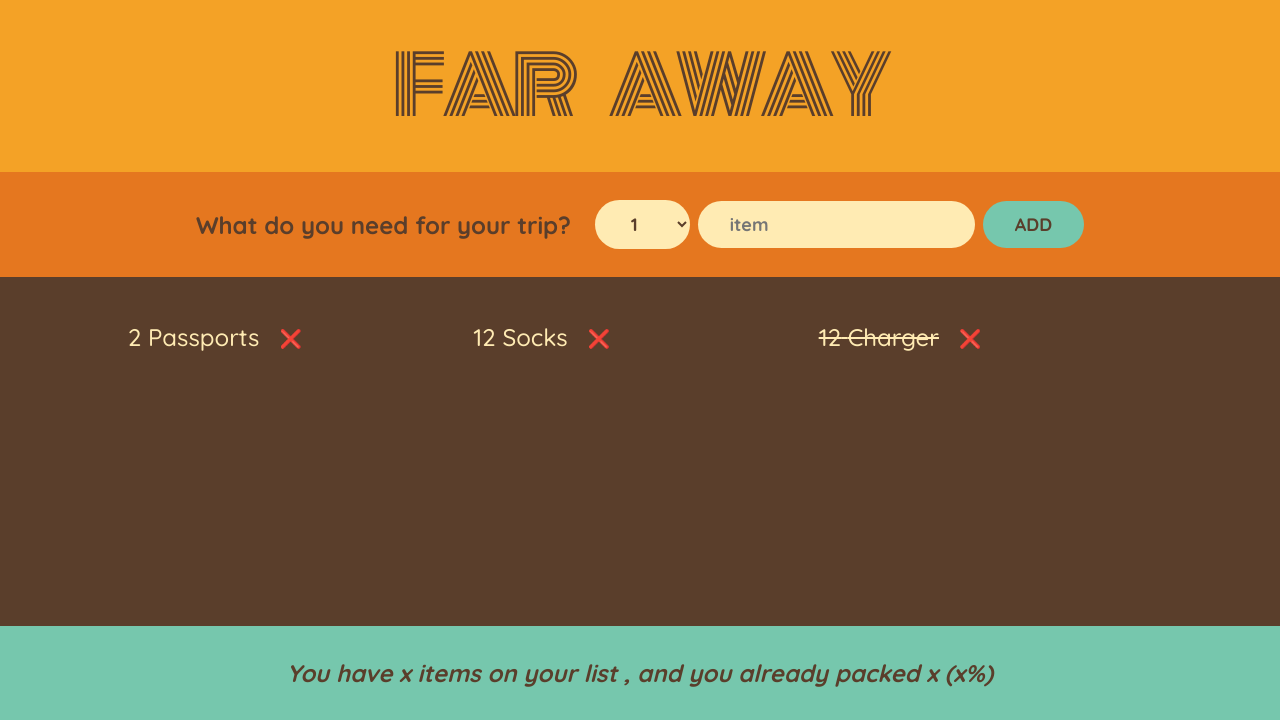
Repository: ahmedharidy/react-checklist
Page: /
The author's editor kept a copy of each file at every save. The page is drawn from the files as they stood at one save, then again after the next save.
The browser window is 1280 px wide. The pictures show the whole page.
The project was rebuilt for these pictures with package versions that can differ from the ones it lists, and the page was loaded fresh each time.

Above is the page before, as saved 2026-09-28 13:22:32.

After the next save:
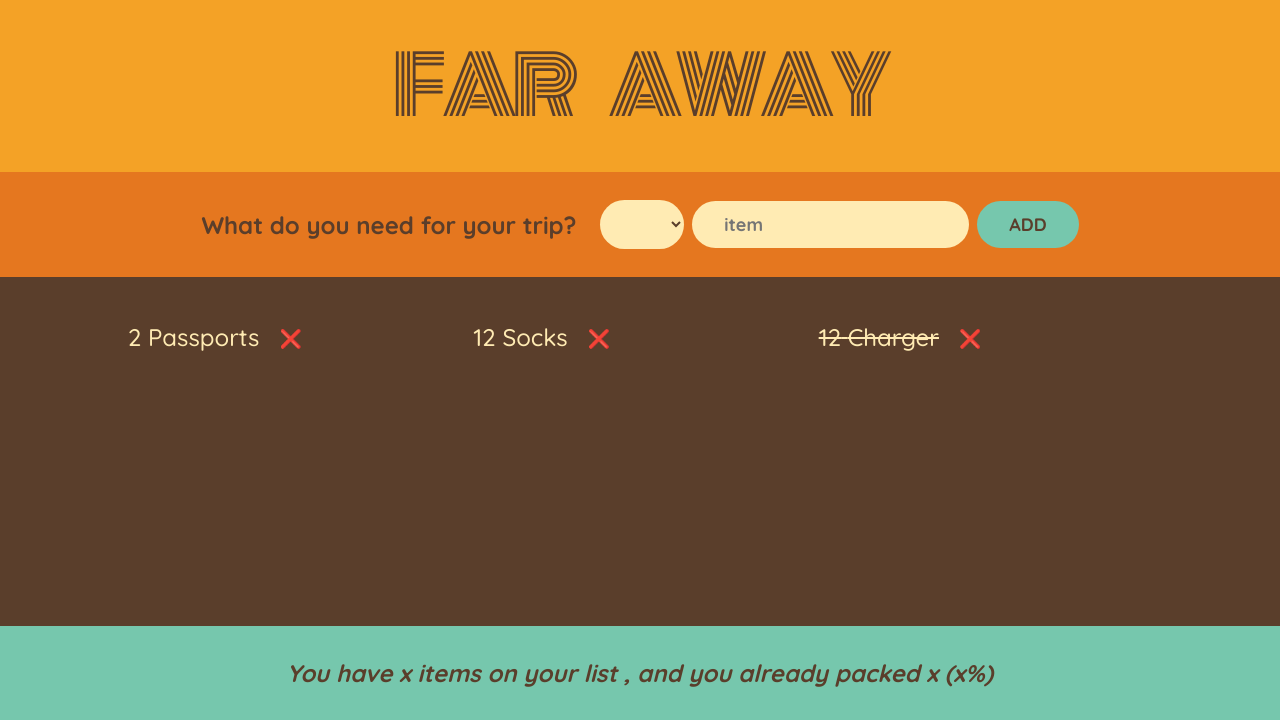
Saved 100 s later.
--- a/src/App.js
+++ b/src/App.js
@@ -23,11 +23,7 @@
   return (
     <form className="add-form">
       <h3>What do you need for your trip? </h3>
-      <select>
-        <option value={1}>1</option>
-        <option value={2}>2</option>
-        <option value={3}>3</option>
-      </select>
+      <select>{Array.from({ length: 20 }, (_, i) => i + 1)}</select>
       <input type="text" placeholder="item" />
       <button>Add</button>
     </form>
